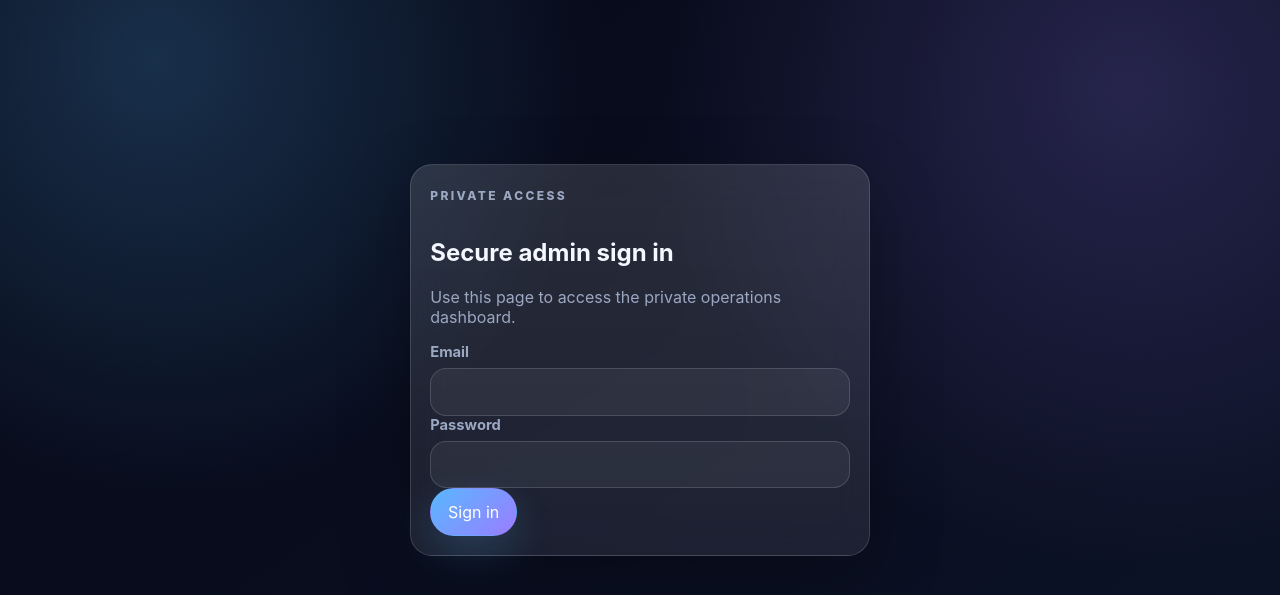
Repository: wifiasert/MSA-Group-of-Company
Page: admin/login.html
These files come from the project's save history. The page is drawn as it stood at one moment and after the next save; the edit follows.
The browser window is 1280 px wide. The pictures show the whole page.

Above is the page before, as saved 2026-07-11 00:48:24.

After the next save:
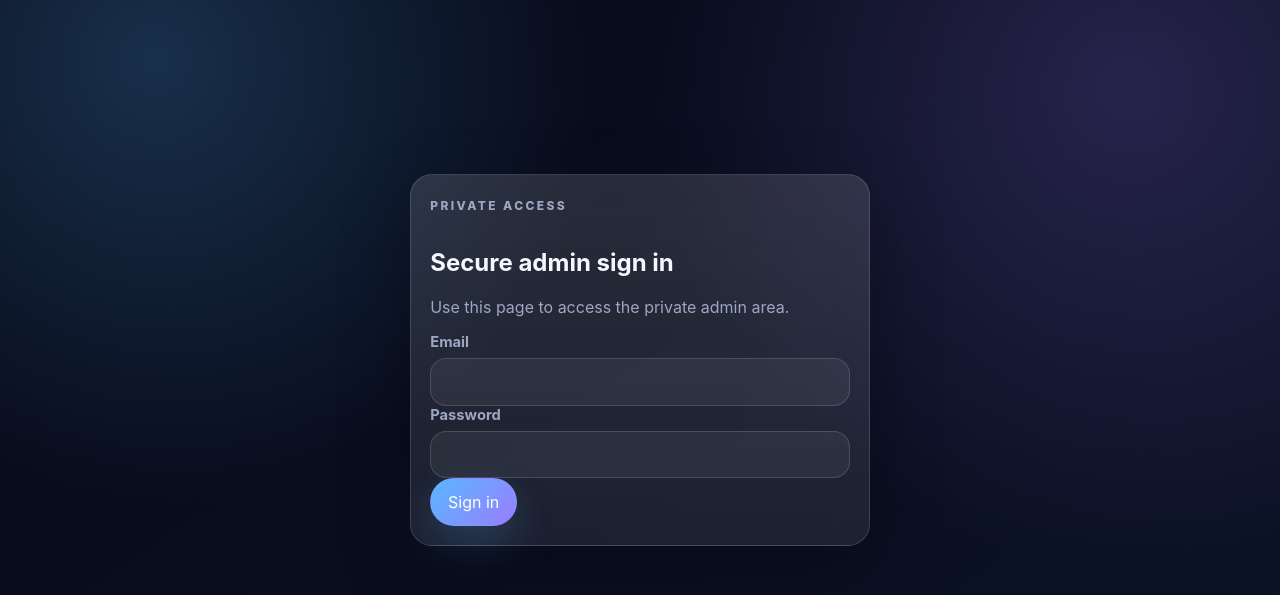
Saved 7 s later.
--- a/admin/login.html
+++ b/admin/login.html
@@ -16,7 +16,7 @@
       <div class="form-card" style="max-width:460px;width:100%;">
         <p class="eyebrow">Private access</p>
         <h1>Secure admin sign in</h1>
-        <p>Use this page to access the private operations dashboard.</p>
+        <p>Use this page to access the private admin area.</p>
         <form data-form="admin-login">
           <label>Email<input required type="email" name="email"></label>
           <label>Password<input required type="password" name="password"></label>
